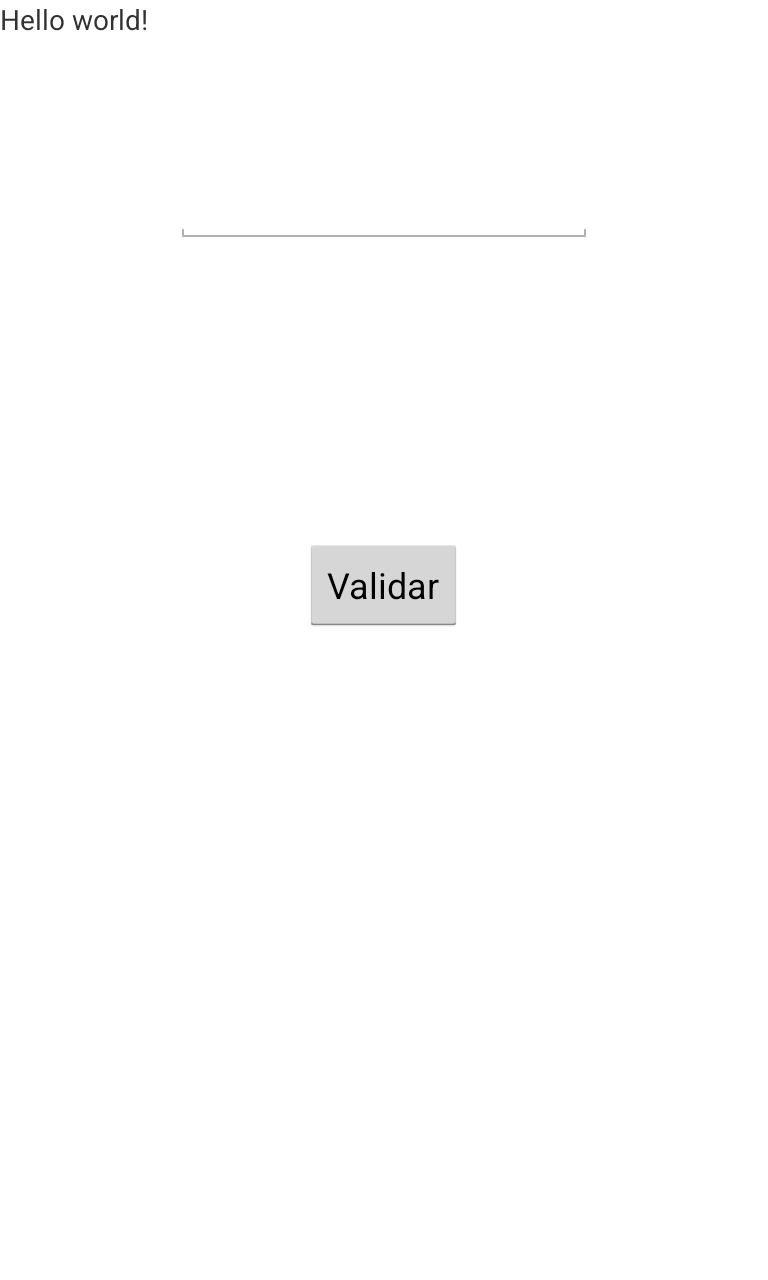
Repository: brownie-gt/SOA
Layout: Android/Validator/res/layout/activity_main.xml
An editor plug-in stored every save of this project. The layout is shown before and after the next save, followed by the edit.
It is drawn on a 768 x 1280 px phone screen (xhdpi) without system bars, with theme AppTheme; the app's code is not run.

Above is the layout before, as saved 2014-05-18 13:34:01.

### Android/Validator/res/layout/activity_main.xml
<RelativeLayout xmlns:android="http://schemas.android.com/apk/res/android"
    xmlns:tools="http://schemas.android.com/tools"
    android:layout_width="match_parent"
    android:layout_height="match_parent"
    tools:context="${packageName}.${activityClass}" >

    <TextView
        android:id="@+id/textView1"
        android:layout_width="wrap_content"
        android:layout_height="wrap_content"
        android:text="@string/hello_world" />

    <EditText
        android:id="@+id/emailText"
        android:layout_width="wrap_content"
        android:layout_height="wrap_content"
        android:layout_below="@+id/textView1"
        android:layout_centerHorizontal="true"
        android:layout_marginTop="64dp"
        android:ems="10"
        android:inputType="textEmailAddress" >

    </EditText>

    <Button
        android:id="@+id/button1"
        android:layout_width="wrap_content"
        android:layout_height="wrap_content"
        android:layout_below="@+id/emailText"
        android:layout_centerHorizontal="true"
        android:layout_marginTop="146dp"
        android:text="Validar" />

    <TextView
        android:id="@+id/textValidEmail"
        android:layout_width="wrap_content"
        android:layout_height="wrap_content"
        android:layout_below="@+id/emailText"
        android:layout_centerHorizontal="true"
        android:layout_marginTop="20dp" />

</RelativeLayout>

### Android/Validator/res/values/strings.xml
<?xml version="1.0" encoding="utf-8"?>
<resources>

    <string name="app_name">Validator</string>
    <string name="hello_world">Hello world!</string>

</resources>

Loaded but not shown: Android/Validator/res/values/styles.xml (common file); Android/Validator/res/values-v11/styles.xml (common file); Android/Validator/res/values-v14/styles.xml (common file)

After the next save:
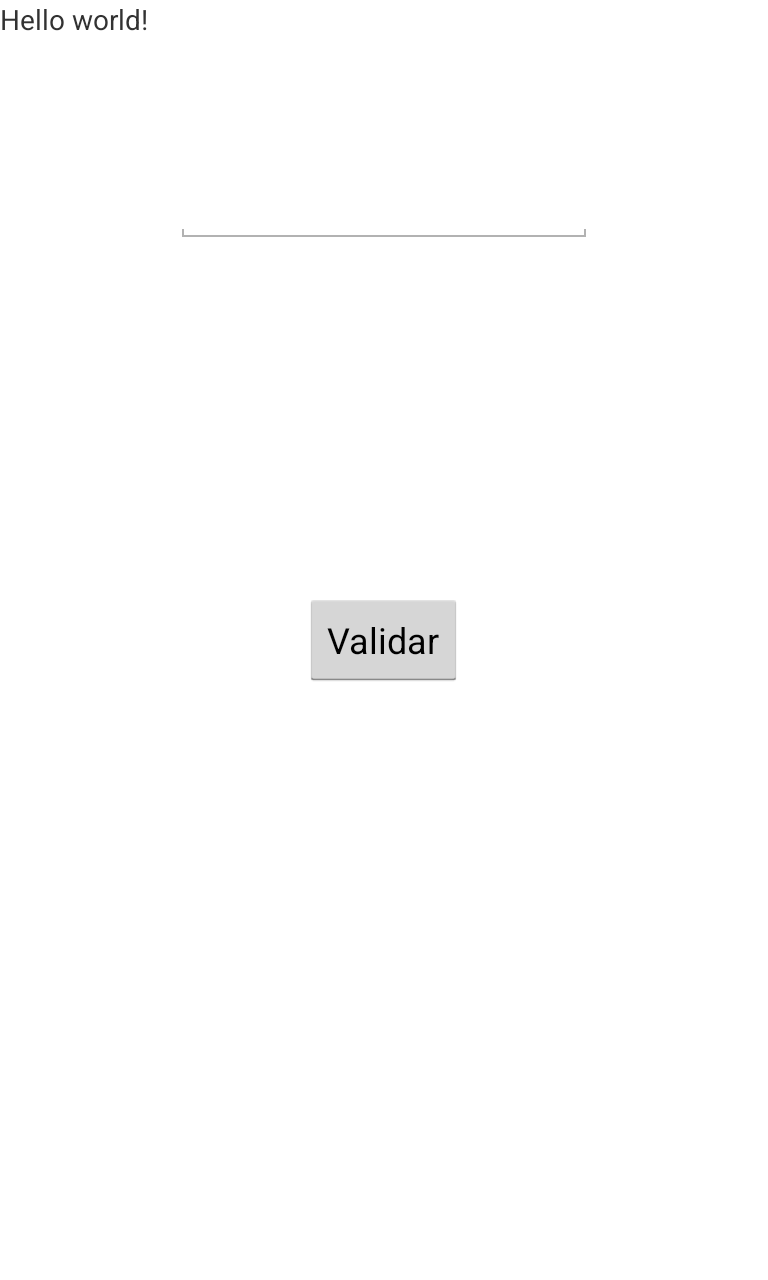
Saved 17 s later.
--- a/Android/Validator/res/layout/activity_main.xml
+++ b/Android/Validator/res/layout/activity_main.xml
@@ -22,15 +22,6 @@
 
     </EditText>
 
-    <Button
-        android:id="@+id/button1"
-        android:layout_width="wrap_content"
-        android:layout_height="wrap_content"
-        android:layout_below="@+id/emailText"
-        android:layout_centerHorizontal="true"
-        android:layout_marginTop="146dp"
-        android:text="Validar" />
-
     <TextView
         android:id="@+id/textValidEmail"
         android:layout_width="wrap_content"
@@ -39,4 +30,12 @@
         android:layout_centerHorizontal="true"
         android:layout_marginTop="20dp" />
 
+    <Button
+        android:id="@+id/button1"
+        android:layout_width="wrap_content"
+        android:layout_height="wrap_content"
+        android:layout_centerHorizontal="true"
+        android:layout_centerVertical="true"
+        android:text="Validar" />
+
 </RelativeLayout>
